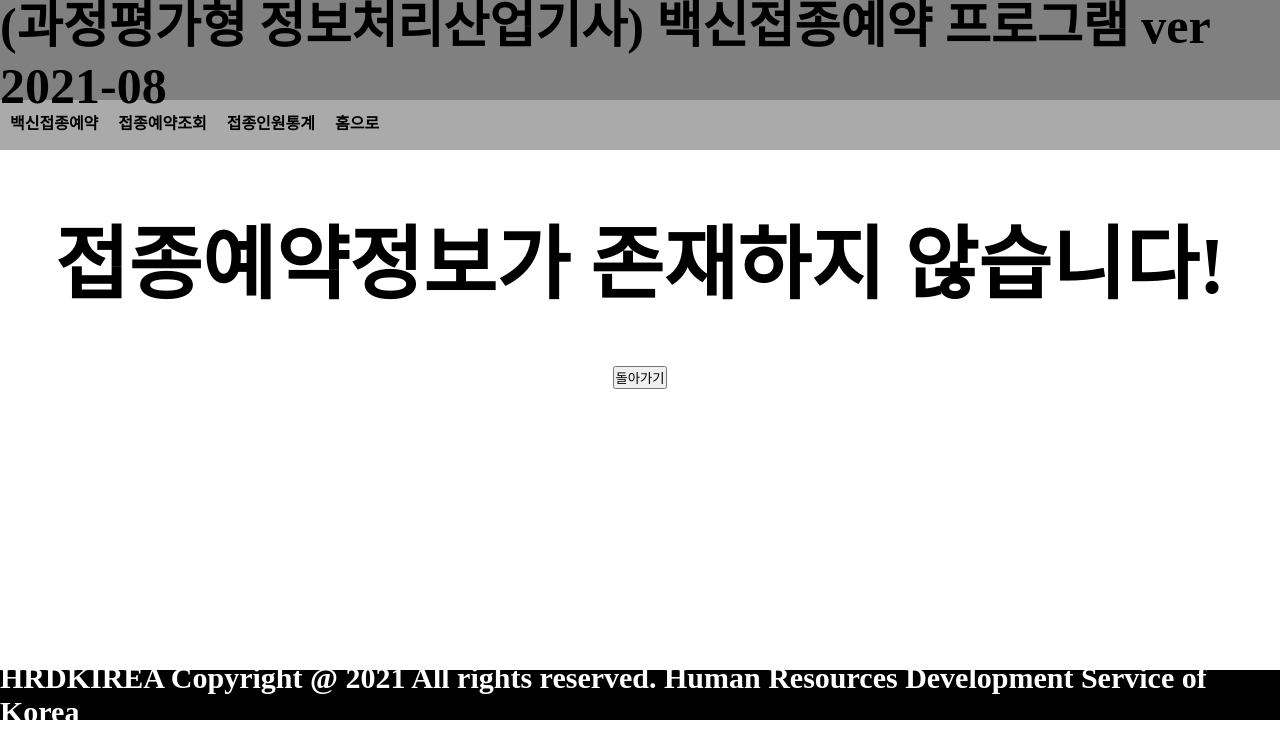
Repository: Ranranruo/info-processing
Page: http://localhost/20250424/view.jsp
These files come from the project's save history. The page is drawn as it stood at one moment and after the next save; the edit follows.
The browser window is 1280 px wide. The pictures show the whole page.
The page is served by Tomcat 9. Queries for data that is not in the repository find no rows.

Above is the page before, as saved 2025-04-24 07:25:44.

After the next save:
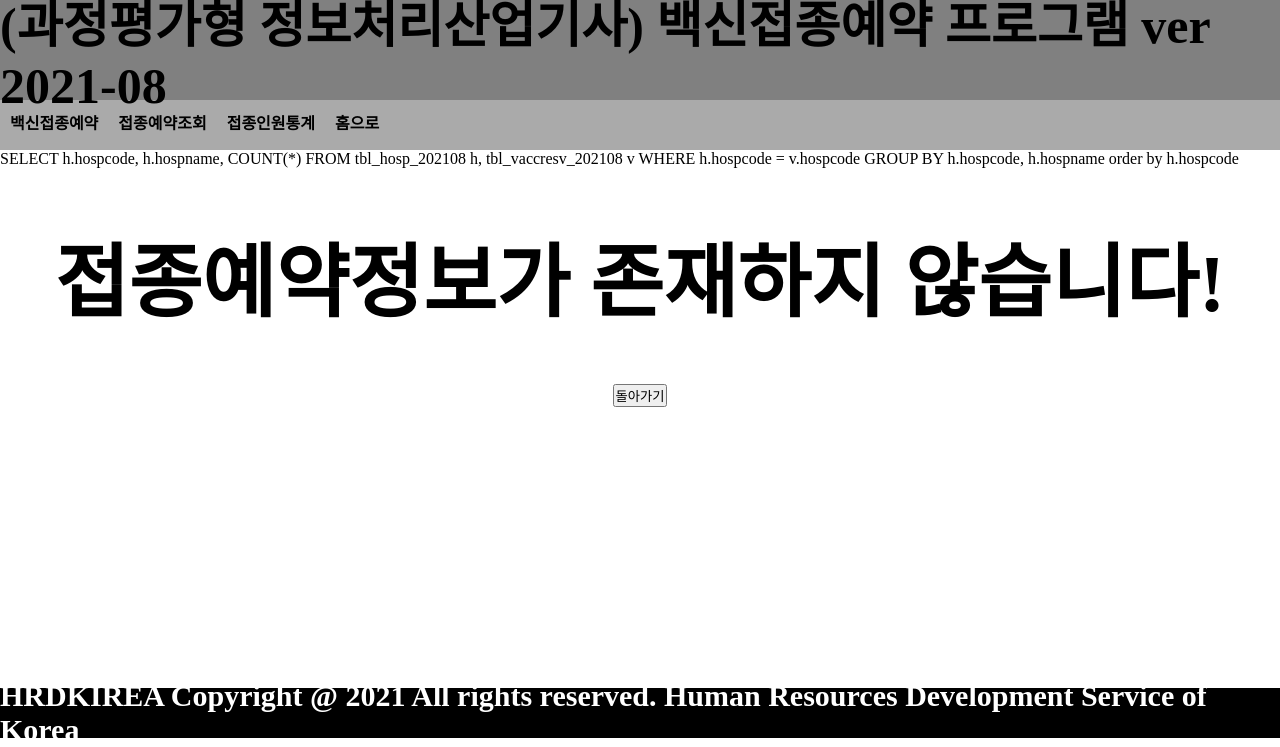
Saved 31 s later.
--- a/20250424/src/main/webapp/view.jsp
+++ b/20250424/src/main/webapp/view.jsp
@@ -34,6 +34,10 @@
 <a href="view.jsp">접종인원통계</a>
 <a href="index.jsp">홈으로</a>
 </nav>
+SELECT h.hospcode, h.hospname, COUNT(*)
+FROM tbl_hosp_202108 h, tbl_vaccresv_202108 v WHERE h.hospcode = v.hospcode
+GROUP BY h.hospcode, h.hospname
+order by h.hospcode
 <section style="min-height: calc(100vh - 200px); display: flex; flex-direction: column; align-items: center;">
 <form action="select.jsp" style="display: flex; flex-direction: column; align-items: center;">
 <%

After the save that followed:
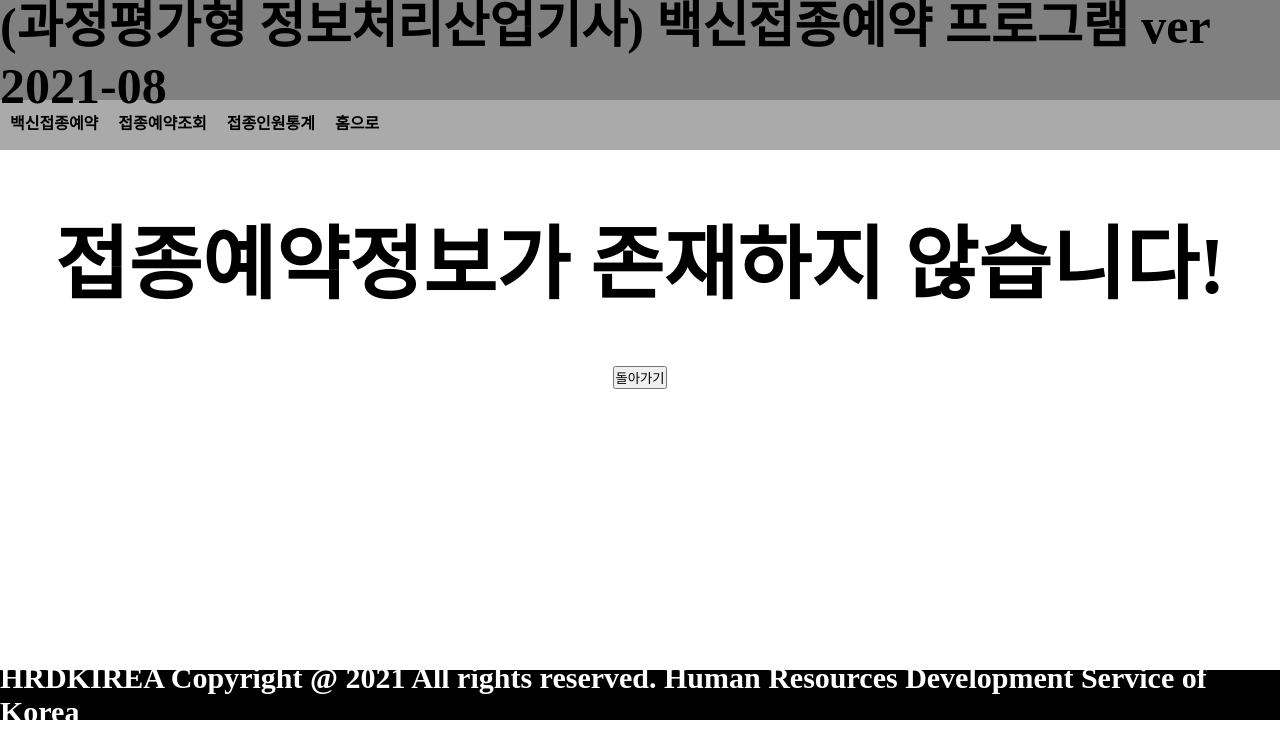
Saved 8 s later.
--- a/20250424/src/main/webapp/view.jsp
+++ b/20250424/src/main/webapp/view.jsp
@@ -34,10 +34,6 @@
 <a href="view.jsp">접종인원통계</a>
 <a href="index.jsp">홈으로</a>
 </nav>
-SELECT h.hospcode, h.hospname, COUNT(*)
-FROM tbl_hosp_202108 h, tbl_vaccresv_202108 v WHERE h.hospcode = v.hospcode
-GROUP BY h.hospcode, h.hospname
-order by h.hospcode
 <section style="min-height: calc(100vh - 200px); display: flex; flex-direction: column; align-items: center;">
 <form action="select.jsp" style="display: flex; flex-direction: column; align-items: center;">
 <%
